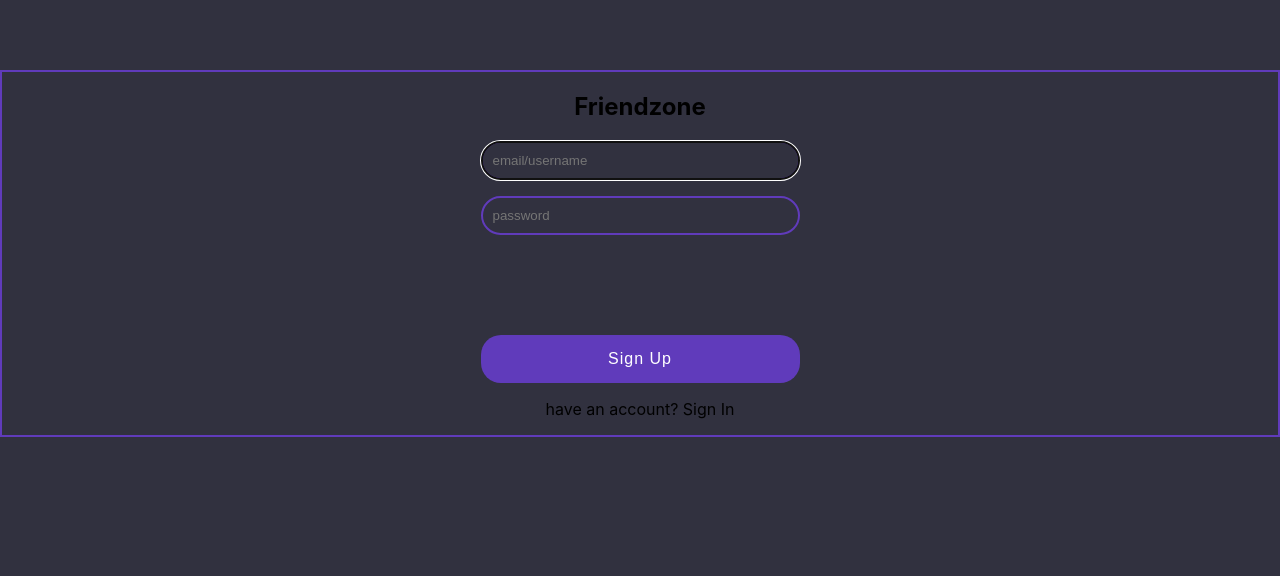
Repository: DerickT02/friend-zone
Page: /
The author's editor kept a copy of each file at every save. The page is drawn from the files as they stood at one save, then again after the next save.
The browser window is 1280 px wide. The pictures show the whole page.
The project was rebuilt for these pictures with package versions that can differ from the ones it lists, and the page was loaded fresh each time. Also part of the build but not shown: src/Appreducer.js, src/GlobalState.js, src/Post.js, src/Homepage.js, src/fire.js.

Above is the page before, as saved 2021-07-07 07:52:46.

### src/index.js
import React from 'react';
import ReactDOM from 'react-dom';
import './index.css';
import App from './App';


ReactDOM.render(

    <App />,
  document.getElementById('root')
);

// If you want to start measuring performance in your app, pass a function
// to log results (for example: reportWebVitals(console.log))
// or send to an analytics endpoint. Learn more: https://bit.ly/CRA-vitals

### src/index.css
body {
  margin: 0;
  font-family: -apple-system, BlinkMacSystemFont, 'Segoe UI', 'Roboto', 'Oxygen',
    'Ubuntu', 'Cantarell', 'Fira Sans', 'Droid Sans', 'Helvetica Neue',
    sans-serif;
  -webkit-font-smoothing: antialiased;
  -moz-osx-font-smoothing: grayscale;
  background-color: rgb(49, 49, 63);

}

code {
  font-family: source-code-pro, Menlo, Monaco, Consolas, 'Courier New',
    monospace;
}

### src/App.js
import React, { Component, useState, useEffect } from 'react'
import { BrowserRouter, Switch, Link, Route, Redirect, Router} from 'react-router-dom'
import Login from './Login'
import Homepage from './Homepage'
import './App.css'

import fire from './fire'
import GlobalProvider from './GlobalState'

function App() {
  const [user, setUser] = useState('')
  const [email, setEmail] = useState('')
  const [password, setPassword] = useState('')
  const [emailError, setEmailError] = useState('')
  const [passwordError, setPasswordError] = useState('')
  const [hasAccount, setHasAccount] = useState(false)

const clearInputs = () => {
  setEmail('')
  setPassword('')
}

const clearErrors = () => {
  setEmailError('');
  setPasswordError('')
}

const handleLogin = () => {
  clearErrors()
  fire
  .auth()
  .signInWithEmailAndPassword(email, password)
  .catch(err => {
      switch(err.code){
          case 'auth/invalid-email':
          case 'auth/user-disabled':
          case 'auth/user-not-found':
              setEmailError(err.message)
              break;
          case 'auth/wrong-password':
              setPasswordError(err.message)
              break
      }
  })
}

const handleSignup = () => {
  clearErrors()
  fire
  .auth()
  .createUserWithEmailAndPassword(email, password)
  .catch(err => {
      switch(err.code){
          case 'auth/email-already-in-use':
          case 'auth/invalid-email':
          setEmailError(err.message);
          break;

          case 'auth/weak-password':
          setPasswordError(err.message)
      }
  })
}

const handleLogout = () => {
  fire
  .auth()
  .signOut()
}

const authListener = () => {
  fire.auth().onAuthStateChanged((user) => {
    if(user){
      clearInputs()
      setUser(user)
    }
    else {
        setUser('')
    }
  })
}

useEffect(() => {
  authListener()
}, [])

  return (
    <div className="App">
    {user ? (
      <BrowserRouter>
      <GlobalProvider>
      <Switch>
        <Route exact path = '/'><Redirect to = "/homepage"/></Route>
        <Route exact path = '/homepage'><Homepage handleLogout = {handleLogout}/></Route>
      </Switch>
      </GlobalProvider>
     </BrowserRouter>
    ) : (

      <BrowserRouter>
      <Switch>
      <Route exact path = '/homepage'><Redirect to = "/" /></Route>
        <Route><Login email = {email}
            setEmail = {setEmail}
            password = {password}
            setPassword={setPassword}
            handleLogin={handleLogin}
            handleSignup={handleSignup}
            hasAccount={hasAccount}
            setHasAccount={setHasAccount}
            emailError={emailError}
            passwordError={passwordError} /></Route>
      </Switch>
      </BrowserRouter>
    )}

    </div>
  );
}

export default App;

### src/Login.js
import React, { Component, useState, useEffect } from 'react'
import './Login.css'
import {Link} from 'react-router-dom'

const Login = (props) => {
    const {email, setEmail, password, setPassword, handleLogin, handleSignup, hasAccount, setHasAccount, emailError, passwordError} = props
    return (
        <section className = "login">
        <div className="loginContainer" >

<h1>Friendzone</h1>


<input placeholder = 'email/username' type ="text" autoFocus required value = {email} onChange={(e) => setEmail(e.target.value)}/>
<p className ="errorMsg">{emailError}</p>

<input placeholder = 'password' type ="password" required value = {password} onChange={(e) => setPassword(e.target.value)} />
<p className = "errorMsg">{passwordError}</p>
<div className="btnContainer">

    {hasAccount ? (
        <div>
       <button type = "submit" onClick = {handleLogin}>Sign in</button>
        <p>Don't have an account? <span onClick ={() => setHasAccount(!hasAccount)}>Sign Up</span></p>
        </div>
    ):(
        <div>
        <button type = "submit" onClick={handleSignup}>Sign Up</button>
        <p>have an account? <span onClick = {() => setHasAccount(!hasAccount)}>Sign In</span></p>
        </div>
    )}

</div>
</div>
</section>





    )
}


export default Login

### src/Login.css
* {
  box-sizing: border-box;
}


.login .loginContainer {
  margin-top: 70px;
  border: 2px solid #603bbb;
}

.login .loginContainer input {
  border: 2px solid #603bbb;
  width: 25%;
  padding: 10px;
  background-color: rgb(49, 49, 63);
  border-radius: 20px;
  color: white;
}




.btnContainer {
  margin-top: 100px;
}


.btnContainer button {
  border: none;
  border-radius: 20px;
  outline: none;
  width: 25%;
  padding: 15px 0;
  color: #fff;
  font-size: 16px;
  letter-spacing: 1px;
  background: #603bbb;
  cursor: pointer;
}

Loaded but not shown: public/index.html (common file); src/App.css (common file)

After the next save:
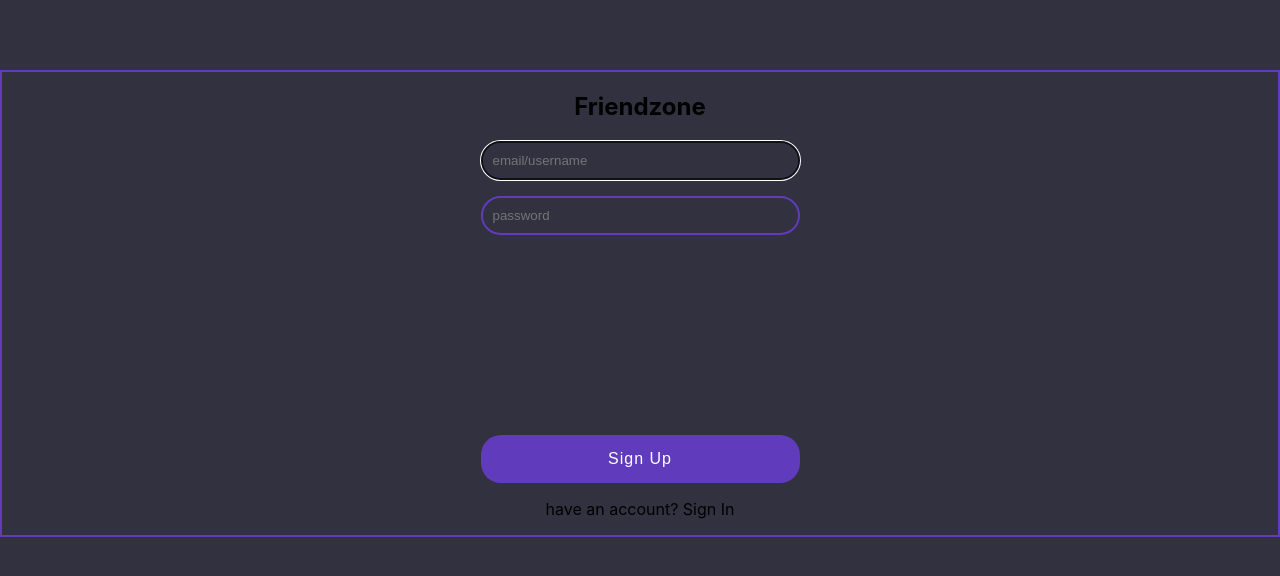
Saved 9 s later.
--- a/src/Login.css
+++ b/src/Login.css
@@ -21,7 +21,7 @@
 
 
 .btnContainer {
-  margin-top: 100px;
+  margin-top: 200px;
 }
 
 
